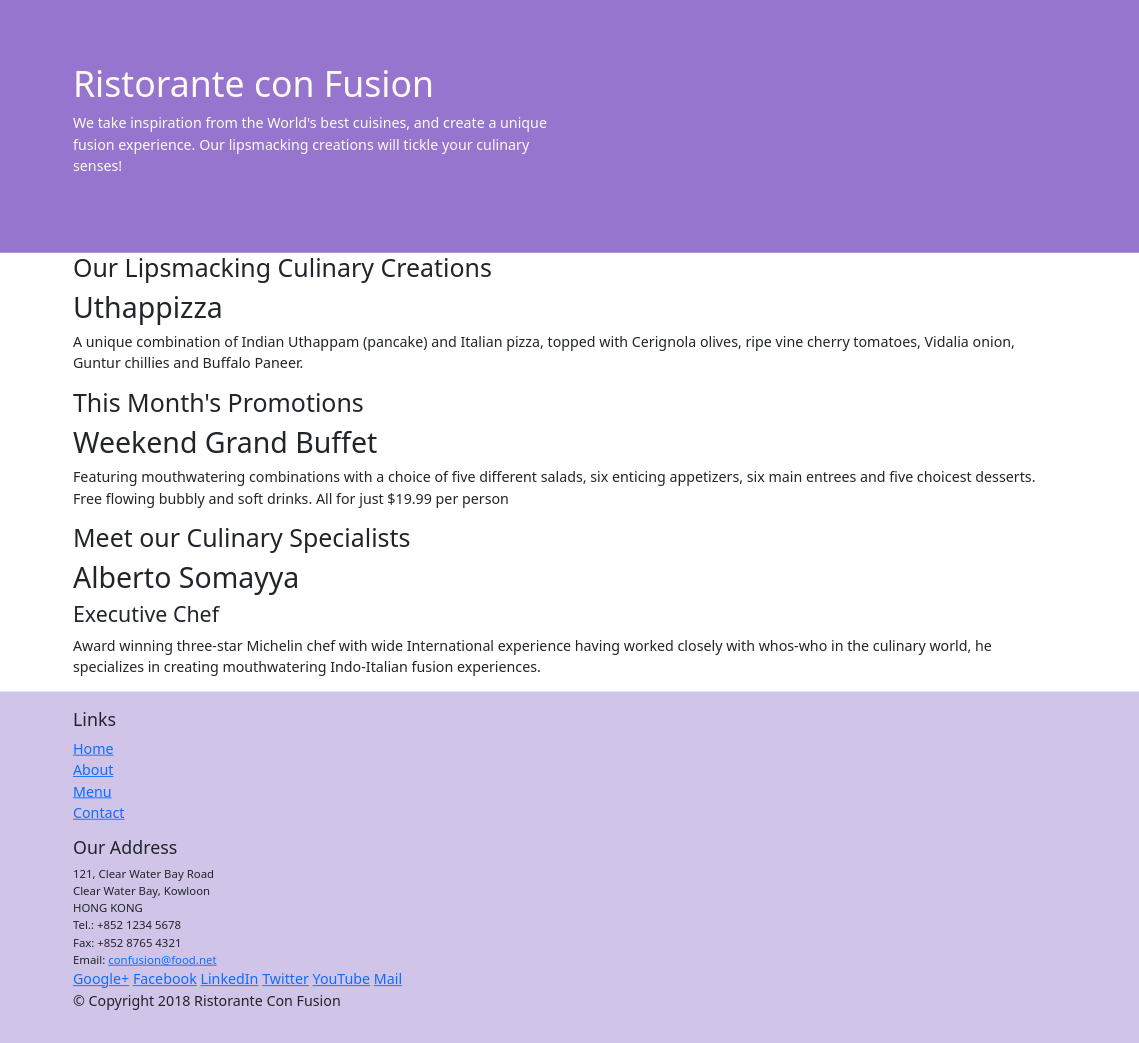
Repository: devjeremyjake/confusion
Page: index.html
The author's editor kept a copy of each file at every save. The page is drawn from the files as they stood at one save, then again after the next save.
The browser window is 1280 px wide. The pictures show the whole page, at 89% of full size.
Some web libraries are served in a nearby version.

Above is the page before, as saved 2020-01-30 15:41:24.

After the next save:
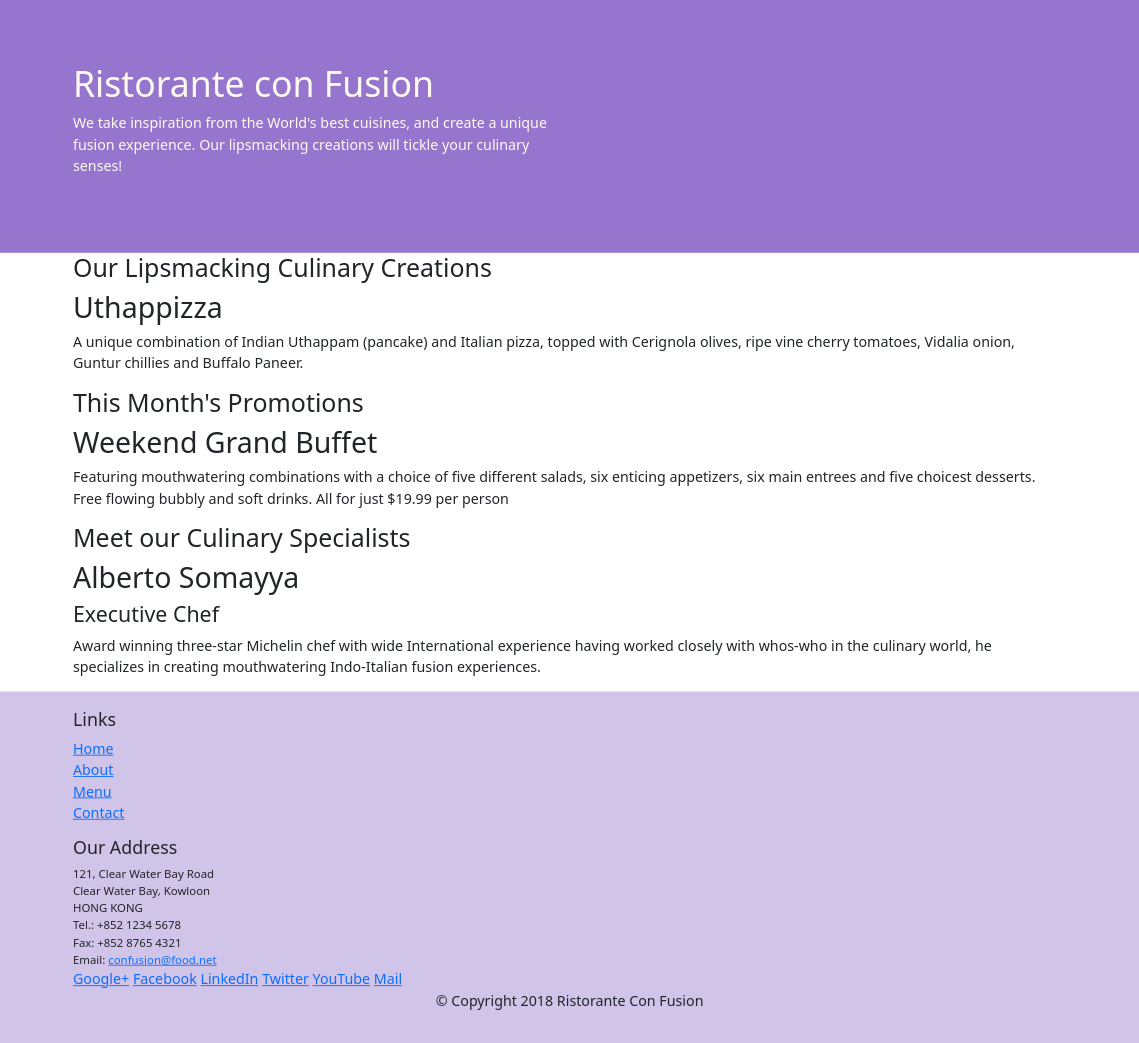
Saved 4 s later.
--- a/index.html
+++ b/index.html
@@ -93,7 +93,7 @@
                 </div>
            </div>
            <div class="row justify-content-center">
-                <div class="">
+                <div class="col-auto">
                     <p>© Copyright 2018 Ristorante Con Fusion</p>
                 </div>
            </div>
